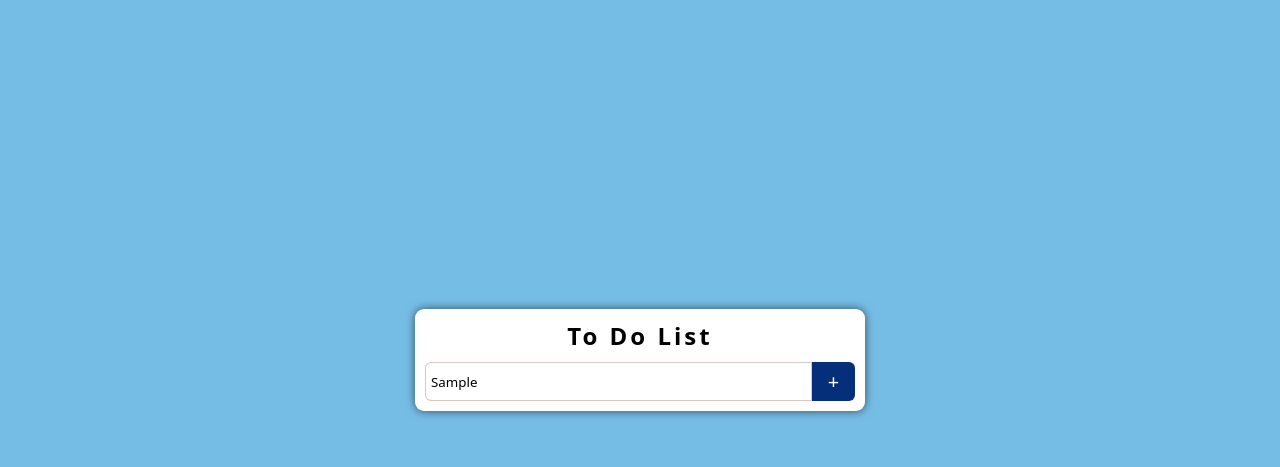
Repository: beva3/javaScrypt
Page: to-do-liste/index.html
An editor plug-in stored every save of this project. The page is shown before and after a run of saves, followed by the edit.
The browser window is 1280 px wide. The pictures show the whole page.
Empty fields were first filled with sample values (such as "Sample", 5 or name@example.com).
After loading, the first visible `#addTodo` was clicked once.

Above is the page before, as saved 2024-05-08 21:20:49.
Console error: SyntaxError: Invalid or unexpected token

### to-do-liste/index.html
<!DOCTYPE html>
<html lang="en">
<head>
    <meta charset="UTF-8">
    <link rel="stylesheet" href="style.css">
    <meta name="viewport" content="width=device-width, initial-scale=1.0">
    <title>to do list</title>
</head>
<body>
    <section>
        <h1>To do list</h1>
        <div class="container">
            <div class="full_input">
                <input type="text" name="" id="inputField" placeholder="Ajouter une tache ..">
                <button id="addTodo" onclick="addToDoButton()">+</button>
            </div>
            <div id="toDocontainer"></div>
        </div>
    </section>
    <script src="./script.js"></script>
</body>
</html>

### to-do-liste/style.css
*{
    margin: 0;
    padding: 0;
    box-sizing:border-box ;
    font-family:system-ui, -apple-system, BlinkMacSystemFont, 'Segoe UI', Roboto, Oxygen, Ubuntu, Cantarell, 'Open Sans', 'Helvetica Neue', sans-serif;
}
body{
    background-color: rgba(48, 155, 218, 0.658);
    display: flex;
    align-items: center;
    min-height: 100vh;
    justify-content: center;
}
section{
    background-color: white;
    padding:10px;
    width:450px;
    border-radius: 9px;
    box-shadow: 0 0 10px rgba(0,0,0,0.6);
}
h1{
    text-align: center;
    text-transform: capitalize;
    letter-spacing: 3px;
    margin-bottom: 10px;
}
.full_input{
    display: flex;
    align-items: center;
    justify-content: space-between;
    input{
        width: 90%;
        padding: 10px 5px;
        height: 39px;
        outline: none;
        border: 1px solid rgba(214, 186, 186, 0.822);
        border-radius: 6px 0 0 6px ;
    }
    button{
        width: 10%;
        height: 39px;
        border:0;
        border-radius: 0 6px 6px 0 ;
        background-color: rgb(6, 47, 122);
        font-size: 20px;
        color: white;
        cursor: pointer;
    }
}

### to-do-liste/script.js
let addToDoButton = document.getElementById('addTodo');             //!console.log(addToDoButton);
let addToDoContainer = document.getElementById('toDocontainer');    //!console.log(addToDoContainer);
let inputField = document.getElementById('inputField');             //!console.log(inputField);

addToDoButton.onclick = function(){
    // TODO: verify if the input field is not null
    if(inputField.value != ""){
        //  !console.log(inputField);
        //  !console.log(inputField.value);
        // TODO: create a paragraph
        var paragraph = document.createElement('p');
    }
    // TODO: valorizer this paragraph with the content of input
    paragraph.innerHTML = inputField.value;

    // TODO: add style
    paragraph.classList.add('

    // TODO:insert this paragraph dans l'element of toDoContainer
    addToDoContainer.appendChild(paragraph);

    inputField.value = "";
}

After the next 4 saves:
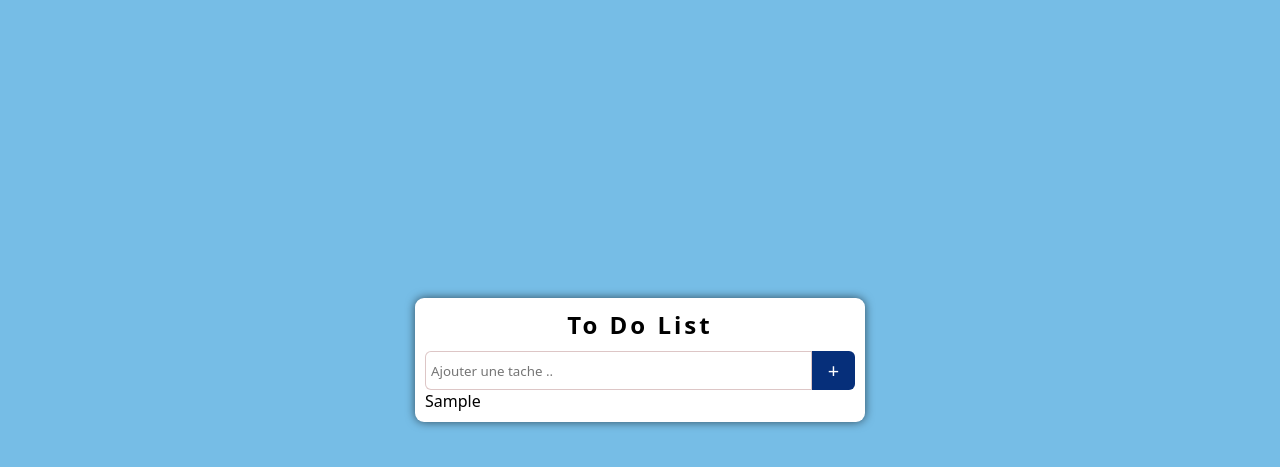
The error is gone.
The 4 saves are shown as one change because they came seconds apart.
The last was saved 12 s later.
--- a/to-do-liste/script.js
+++ b/to-do-liste/script.js
@@ -14,7 +14,7 @@ addToDoButton.onclick = function(){
     paragraph.innerHTML = inputField.value;
 
     // TODO: add style
-    paragraph.classList.add('
+    paragraph.classList.add('paragraph_style');
 
     // TODO:insert this paragraph dans l'element of toDoContainer
     addToDoContainer.appendChild(paragraph);
